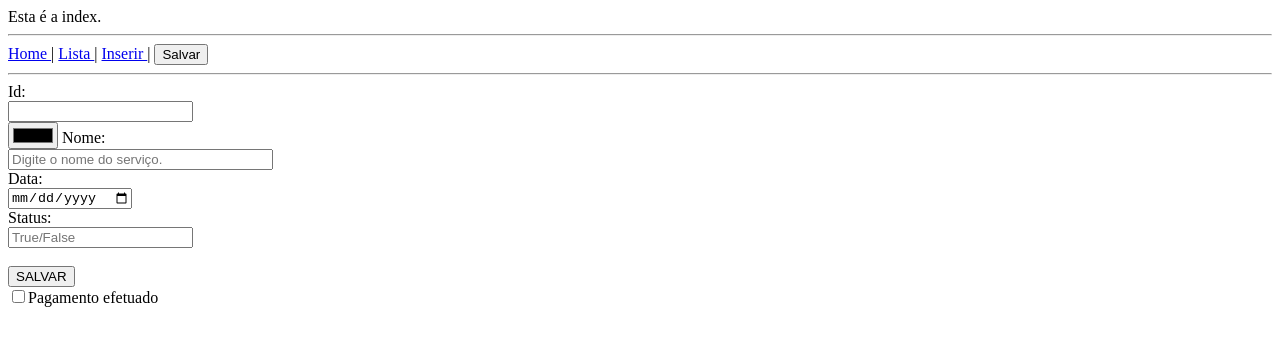
Repository: vivian-nakano/Projetos-Spring
Page: webmvc/src/main/resources/index.html
An editor plug-in stored every save of this project. The page is shown before and after the next save, followed by the edit.
The browser window is 1280 px wide. The pictures show the whole page.
Some web libraries are served in a nearby version.

Above is the page before, as saved 2020-11-05 12:48:35.

### webmvc/src/main/resources/index.html
<!DOCTYPE html>
<html>
<head>
<meta charset="ISO-8859-1">
<title>Insert title here</title>

<script src="https://ajax.googleapis.com/ajax/libs/angularjs/1.6.9/angular.min.js"></script>
<!--faz veiculação com angular-->
<script src="controller.js"></script>

</head>
<body>

	Esta é a index.
	<hr>

	<a href="index.html"> Home </a> |
	<a href="lista.html"> Lista </a> |
	<a href="inserir.html"> Inserir </a> |
	<a href="inserir.html"> <button>Salvar</button></a>

	<hr>
	<form>
	Id: <br><input type="number" name=""> <br>
	<input type="color">
	Nome: <br><input type="text" name="" size="30" placeholder="Digite o nome do serviço."> <br>
	Data: <br><input type="date" name="" required> <br>
	Status: <br><input type="text" name="" placeholder="True/False"> <br>
	<br>
	<!--<input type="submit"> -->
	<button> SALVAR </button>

	<br><input type="checkbox" name="Pagamento" value="true">Pagamento efetuado


	</form>

</body>
</html>

Loaded but not shown: webmvc/src/main/resources/static/controller.js (no copy from this time; the picture is the same without it)

After the next save:
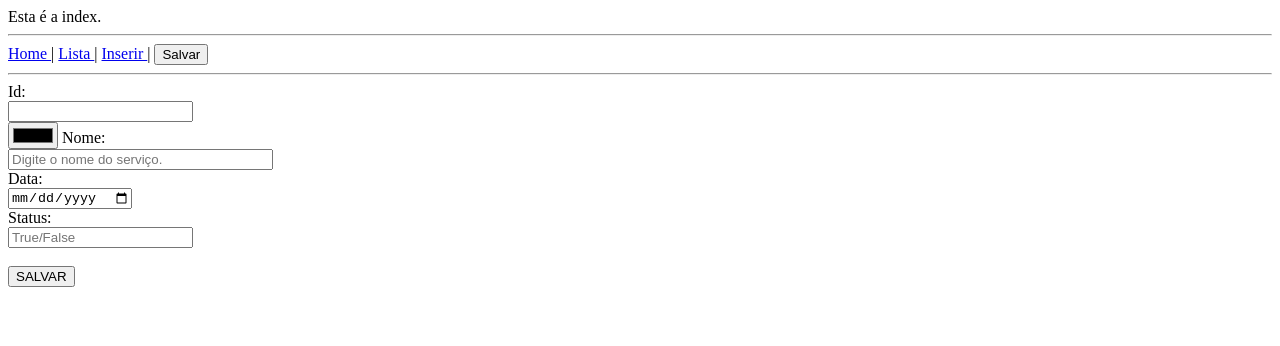
Saved 13 s later.
--- a/webmvc/src/main/resources/index.html
+++ b/webmvc/src/main/resources/index.html
@@ -30,9 +30,6 @@
 	<!--<input type="submit"> -->
 	<button> SALVAR </button>
 
-	<br><input type="checkbox" name="Pagamento" value="true">Pagamento efetuado
-
-
 	</form>
 
 </body>
